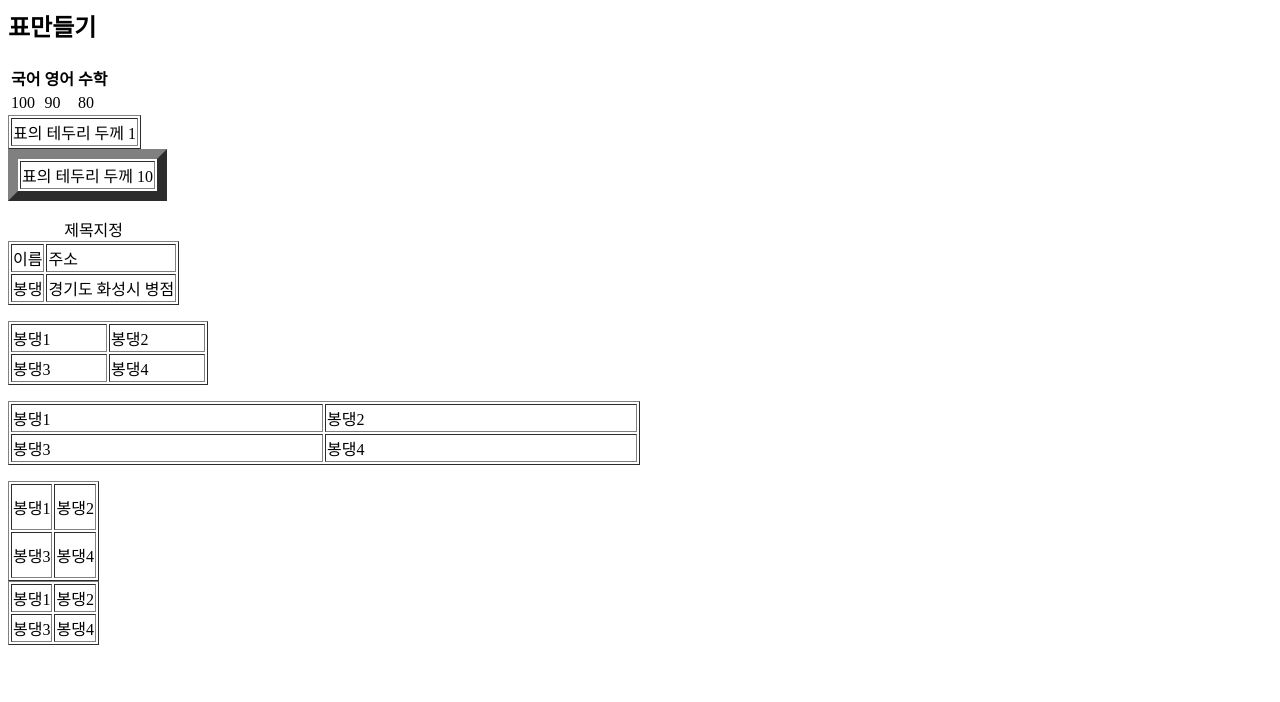
Repository: kisunssong/jsp
Page: http://localhost/test/table.jsp
The author's editor kept a copy of each file at every save. The page is drawn from the files as they stood at one save, then again after the next save.
The browser window is 1280 px wide. The pictures show the whole page.
The page is served by Tomcat 9.

Above is the page before, as saved 2020-10-28 14:09:54.

### test/WebContent/table.jsp
<%@ page language="java" contentType="text/html; charset=EUC-KR"
    pageEncoding="EUC-KR"%>
<HTML>
<HEAD><TITLE>표만들기 시작~</TITLE></HEAD>
<H2>표만들기</H2>
<TABLE>
<TR><TH>국어<TH>영어<TH>수학</TR>
<!-- TR은 ROW 하나의 행을 구분 을 지정) -->
<!-- TH은 COLUMN 윗줄에 제목 지정 -->
<TR><TD>100<TD>90<TD>80</TR>
<!-- TD은 COLUMN에 밑에 데이터를 지정 -->
</TABLE>

<TABLE BORDER="1">
<!-- 테이블의 BORDER=테두리두께 -->
<TR><TD>표의 테두리 두께 1</TR>
<TABLE BORDER="10">
<TR><TD>표의 테두리 두께 10</TR>
</TABLE><P>

<TABLE BORDER="1">
<CAPTION ALIGN="TOP">제목지정</CAPTION>
<!-- CAPTION 표의제목 , ALIGN 위치 TOP 위에 제목지정 -->
<TR><TD>이름<TD>주소</TR>
<!-- 표에 한칸 한칸 들어간다 -->
<TR><TD>봉댕<TD>경기도 화성시 병점</TR>
</TABLE><P>

<TABLE BORDER="1" WIDTH="200">
<!-- WIDTH 전체 넓이 200픽셀 -->
<TR><TD>봉댕1<TD>봉댕2</TR>
<TR><TD>봉댕3<TD>봉댕4</TR>
</TABLE><P>

<TABLE BORDER="1" WIDTH="50%">
<!-- WIDTH 전체 넓이 50%차지 -->
<TR><TD>봉댕1<TD>봉댕2</TR>
<TR><TD>봉댕3<TD>봉댕4</TR>
</TABLE><P>

<TABLE BORDER="1" HEIGHT="100">
<!-- HEIGHT 전체 높이 100픽셀 -->
<TR><TD>봉댕1<TD>봉댕2</TR>
<TR><TD>봉댕3<TD>봉댕4</TR>
</TABLE>

<TABLE BORDER="1" ALIGN="LEFT">
<TR><TD>봉댕1<TD>봉댕2</TR>
<TR><TD>봉댕3<TD>봉댕4</TR>
</TABLE>
</HTML>

After the next save:
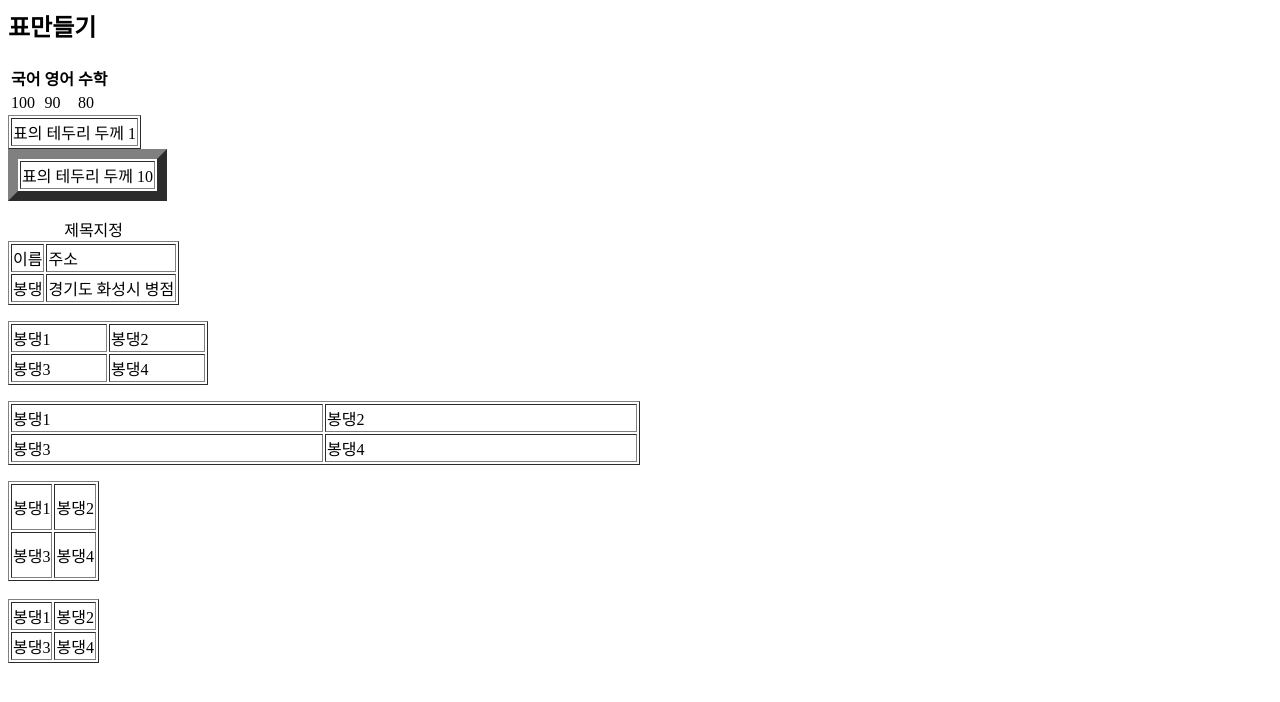
Saved 11 s later.
--- a/test/WebContent/table.jsp
+++ b/test/WebContent/table.jsp
@@ -42,7 +42,7 @@
 <!-- HEIGHT 전체 높이 100픽셀 -->
 <TR><TD>봉댕1<TD>봉댕2</TR>
 <TR><TD>봉댕3<TD>봉댕4</TR>
-</TABLE>
+</TABLE><BR>
 
 <TABLE BORDER="1" ALIGN="LEFT">
 <TR><TD>봉댕1<TD>봉댕2</TR>
